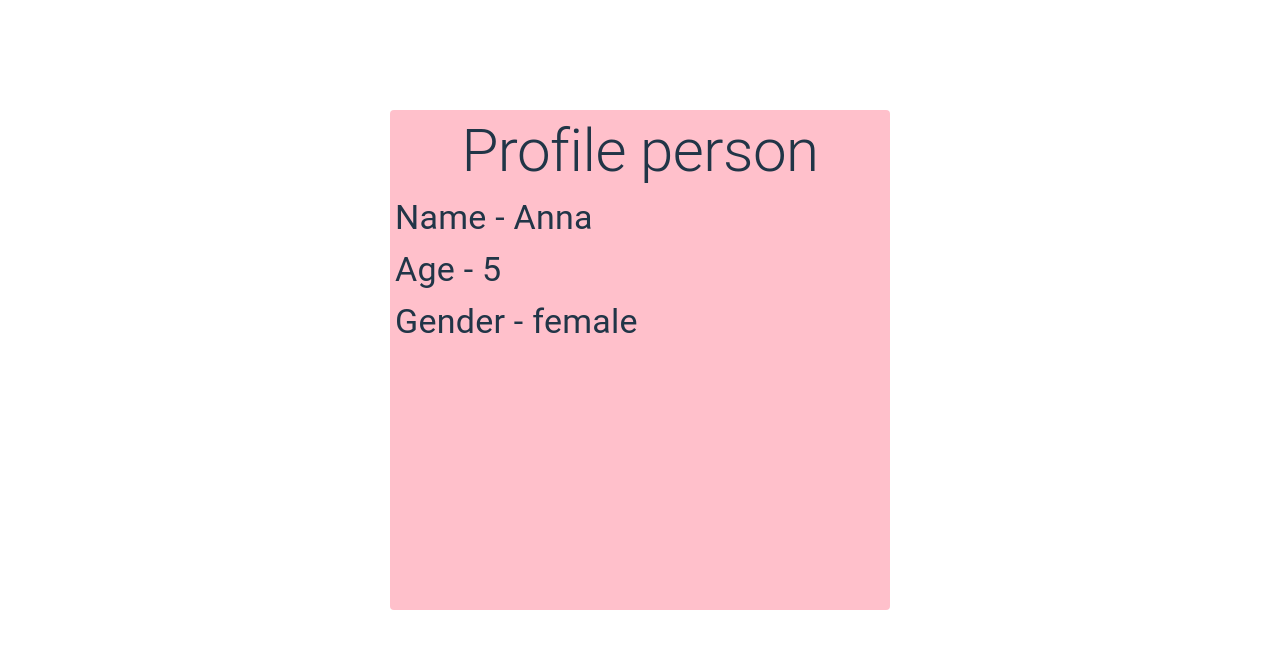
Repository: savannaaaas/props
Page: /
The author's editor kept a copy of each file at every save. The page is drawn from the files as they stood at one save, then again after the next save.
The browser window is 1280 px wide. The pictures show the whole page.
The project was rebuilt for these pictures with package versions that can differ from the ones it lists, and the page was loaded fresh each time. Also part of the build but not shown: vite.config.js.

Above is the page before, as saved 2025-07-07 23:54:06.

### src/App.jsx
import "./App.css";
import Box from "@mui/material/Box";
import { Person1 } from "./components/Person1";
/**1. Создать 6 любых компонент.
2. В компоненты передать props следующих типов данных:
number
string
boolean
object
function
array
3. Использовать в компонентах каждый prop.
4. Сделать деструктуризацию props. */
function App() {
  const obj = { country: "Minsk" };
  return (
    <Box
      sx={{
        width: 500,
        height: 500,
        borderRadius: 1,
        bgcolor: "pink",
      }}
    >
      <Person1 name={"Anna"} age={5} men={false} obj={obj} />
    </Box>
  );
}

export default App;

### src/components/Person1.jsx
import Typography from "@mui/material/Typography";
export const Person1 = ({ name, age, men, obj }) => {
  return (
    <>
      <Typography variant="h2" align="center" style={{ padding: "5px" }}>
        Profile person
      </Typography>
      <Typography variant="h4" align="left" style={{ padding: "5px" }}>
        Name - {name}
      </Typography>
      <Typography variant="h4" align="left" style={{ padding: "5px" }}>
        Age - {age}
      </Typography>
      <Typography variant="h4" align="left" style={{ padding: "5px" }}>
        Gender - {men ? "men" : "female"}
      </Typography>
    </>
  );
};

Loaded but not shown: index.html (common file); src/main.jsx (common file); src/index.css (common file); src/App.css (common file)

After the next save:
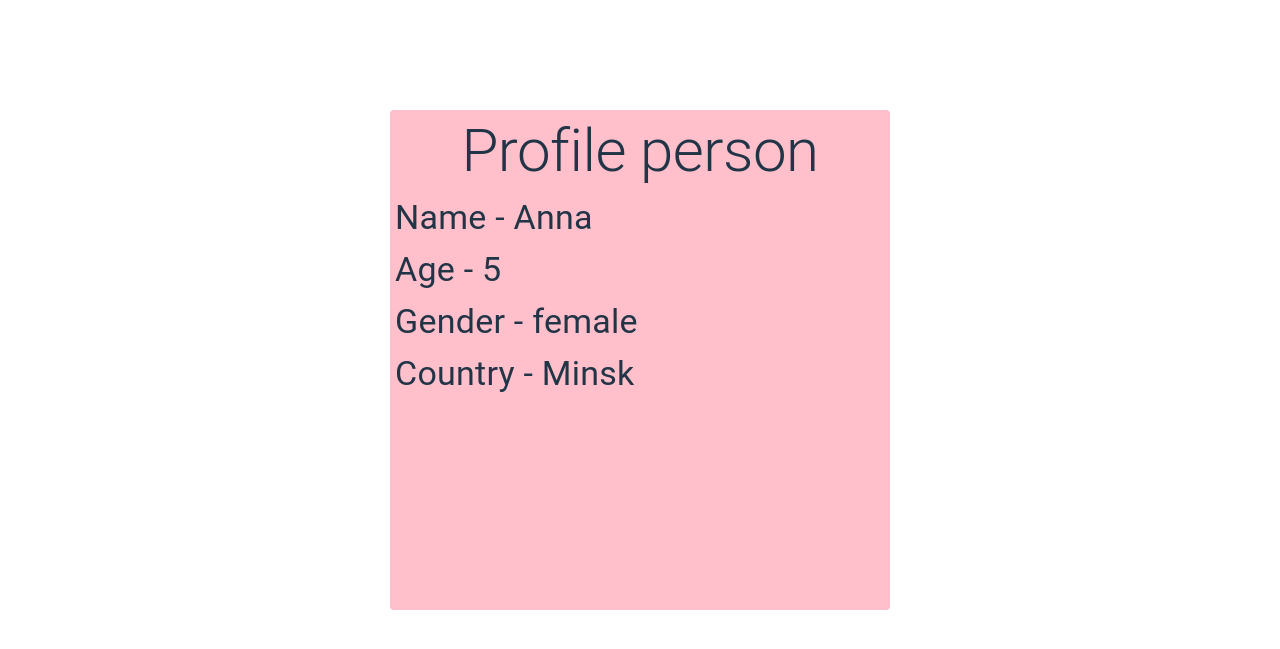
Saved 27 s later.
--- a/src/components/Person1.jsx
+++ b/src/components/Person1.jsx
@@ -14,6 +14,9 @@ export const Person1 = ({ name, age, men, obj }) => {
       <Typography variant="h4" align="left" style={{ padding: "5px" }}>
         Gender - {men ? "men" : "female"}
       </Typography>
+      <Typography variant="h4" align="left" style={{ padding: "5px" }}>
+        Country - {obj.country}
+      </Typography>
     </>
   );
 };
